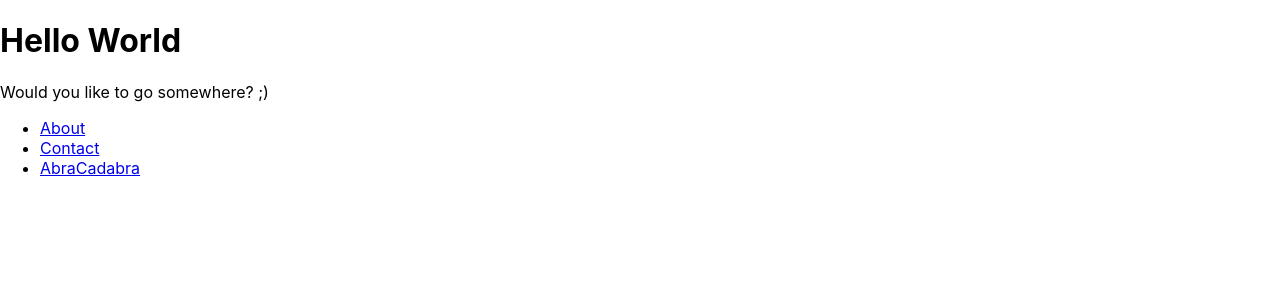
Repository: ivan-developer-01/react-router
Page: /
An editor plug-in stored every save of this project. The page is shown before and after the next save, followed by the edit.
The browser window is 1280 px wide. The pictures show the whole page.
The project was rebuilt for these pictures with package versions that can differ from the ones it lists, and the page was loaded fresh each time.

Above is the page before, as saved 2024-02-20 09:54:33.

After the next save:
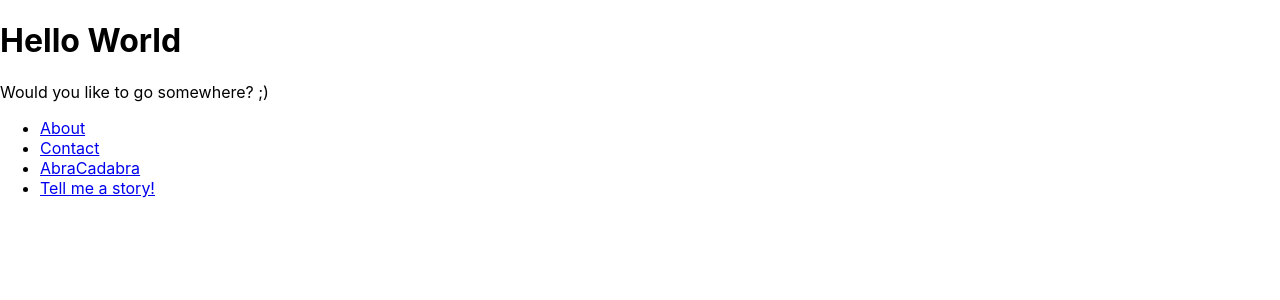
Saved 46 s later.
--- a/src/App.js
+++ b/src/App.js
@@ -11,6 +11,7 @@ class App extends Component {
 					<li><a href="/about">About</a></li>
 					<li><a href="/contact">Contact</a></li>
 					<li><a href="/abracadabra">AbraCadabra</a></li>
+					<li><a href="/story">Tell me a story!</a></li>
 				</ul>
 			</div>
 		);
